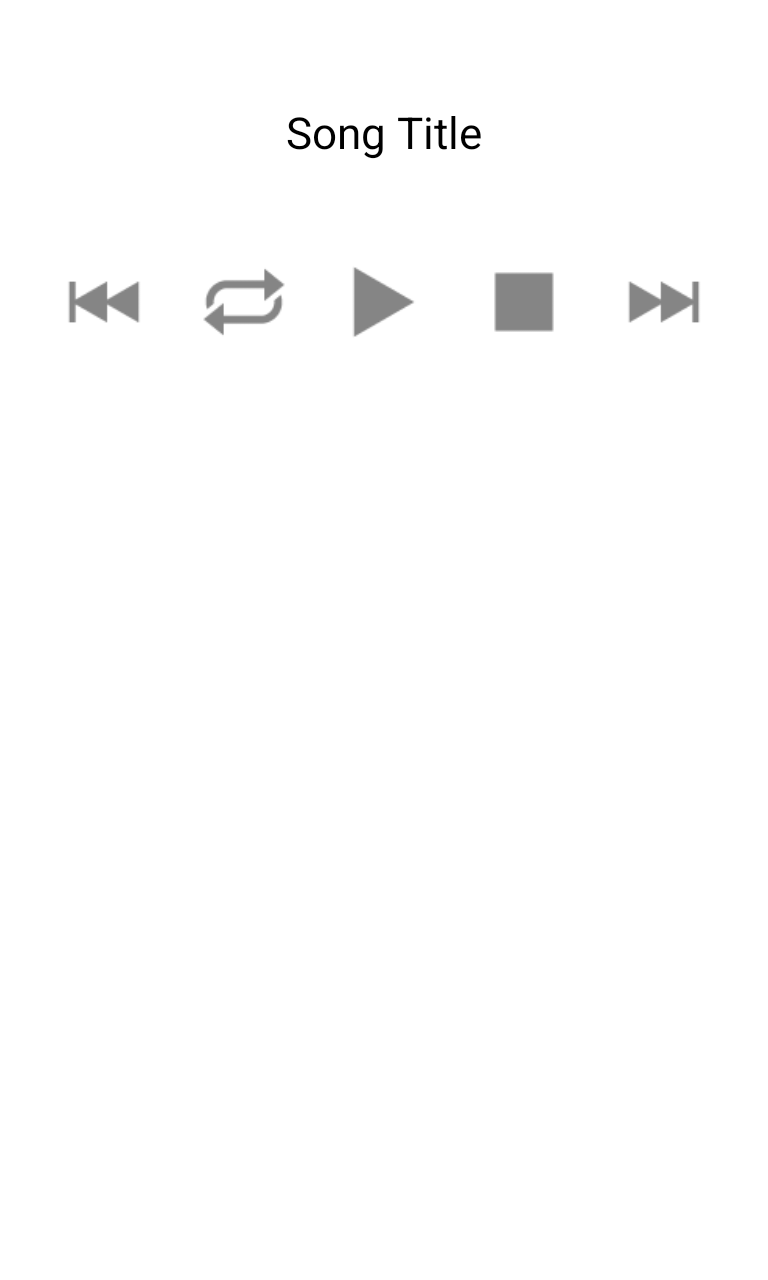
Repository: laurenelder/MDF3
Layout: MiniMediaPlayer/res/layout/activity_main.xml
The author's editor kept a copy of each file at every save. The layout is drawn from the files as they stood at one save, then again after the next save.
It is drawn on a 768 x 1280 px phone screen (xhdpi) without system bars, with theme AppTheme; the app's code is not run.

Above is the layout before, as saved 2014-09-09 00:40:13.

After the next save:
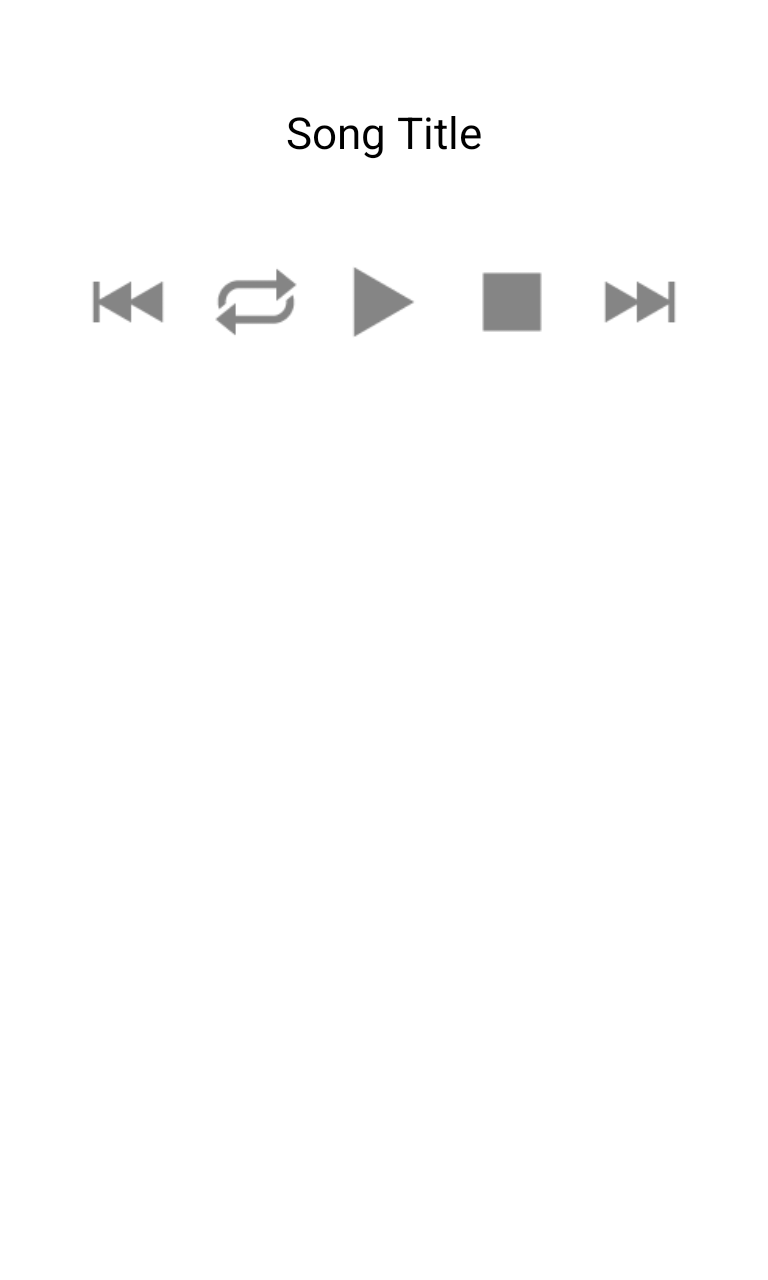
Saved 50 s later.
--- a/MiniMediaPlayer/res/layout/activity_main.xml
+++ b/MiniMediaPlayer/res/layout/activity_main.xml
@@ -35,40 +35,40 @@
             android:id="@+id/previousBtn"
             android:layout_width="50dp"
             android:layout_height="50dp"
-            android:layout_marginLeft="10dp"
-            android:layout_marginRight="10dp"
+            android:layout_marginLeft="7dp"
+            android:layout_marginRight="7dp"
             android:background="@drawable/ic_action_previous" />
 
         <Button
             android:id="@+id/repeatBtn"
             android:layout_width="50dp"
             android:layout_height="50dp"
-            android:layout_marginLeft="10dp"
-            android:layout_marginRight="10dp"
+            android:layout_marginLeft="7dp"
+            android:layout_marginRight="7dp"
             android:background="@drawable/ic_action_repeat" />
 
         <Button
             android:id="@+id/playBtn"
             android:layout_width="50dp"
             android:layout_height="50dp"
-            android:layout_marginLeft="10dp"
-            android:layout_marginRight="10dp"
+            android:layout_marginLeft="7dp"
+            android:layout_marginRight="7dp"
             android:background="@drawable/ic_action_play" />
 
         <Button
             android:id="@+id/stopBtn"
             android:layout_width="50dp"
             android:layout_height="50dp"
-            android:layout_marginLeft="10dp"
-            android:layout_marginRight="10dp"
+            android:layout_marginLeft="7dp"
+            android:layout_marginRight="7dp"
             android:background="@drawable/ic_action_stop" />
 
         <Button
             android:id="@+id/nextBtn"
             android:layout_width="50dp"
             android:layout_height="50dp"
-            android:layout_marginLeft="10dp"
-            android:layout_marginRight="10dp"
+            android:layout_marginLeft="7dp"
+            android:layout_marginRight="7dp"
             android:background="@drawable/ic_action_next" />
 
     </LinearLayout>
